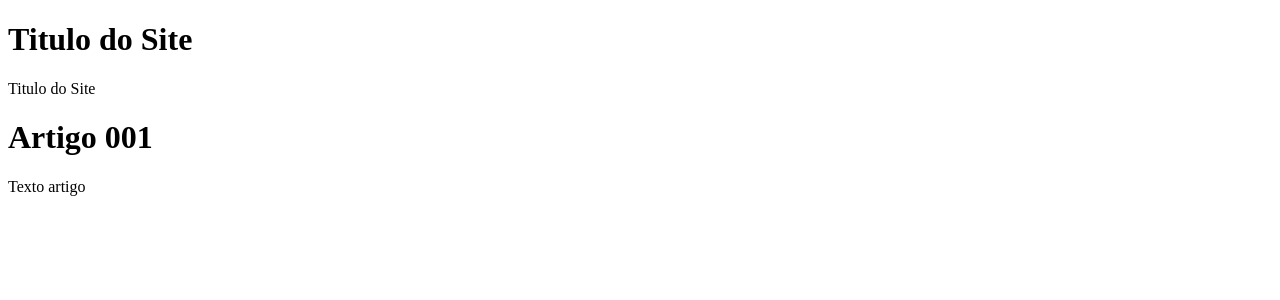
Repository: robertacristinaabreu01/projeto-siteGitHub
Page: index.html
The author's editor kept a copy of each file at every save. The page is drawn from the files as they stood at one save, then again after a run of saves.
The browser window is 1280 px wide. The pictures show the whole page.

Above is the page before, as saved 2021-01-23 21:09:04.

### index.html
<!DOCTYPE html>
<html lang="pt-br">
<head>
    <meta charset="UTF-8">
    <meta name="viewport" content="width=device-width, initial-scale=1.0">
    <title>Titulo do Site</title>
</head>
<body>
    <main>
        <header>
            <h1>Titulo do Site</h1>
        </header>
        <article>Titulo do Site</article>
        <h1>Artigo 001</h1>
        <p>Texto artigo</p>

    </main>

</body>
</html>

After the next 2 saves:
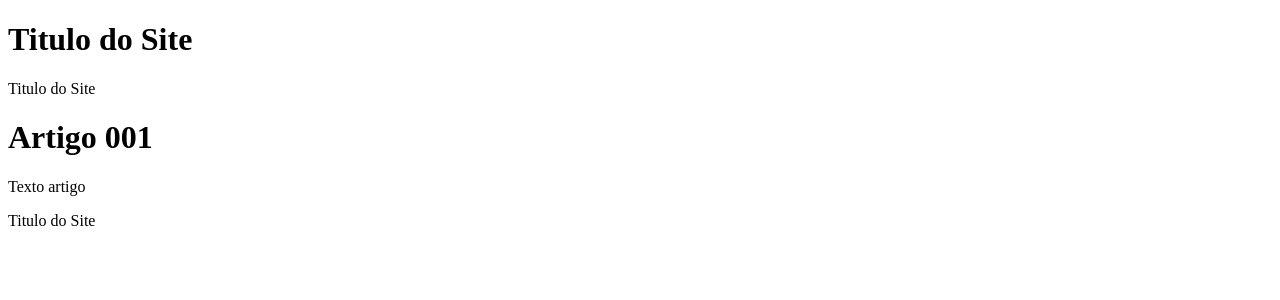
The 2 saves are shown as one change because they came seconds apart.
The last was saved 7 s later.
--- a/index.html
+++ b/index.html
@@ -13,7 +13,7 @@
         <article>Titulo do Site</article>
         <h1>Artigo 001</h1>
         <p>Texto artigo</p>
-
+        <article>Titulo do Site</article>
     </main>
 
 </body>
